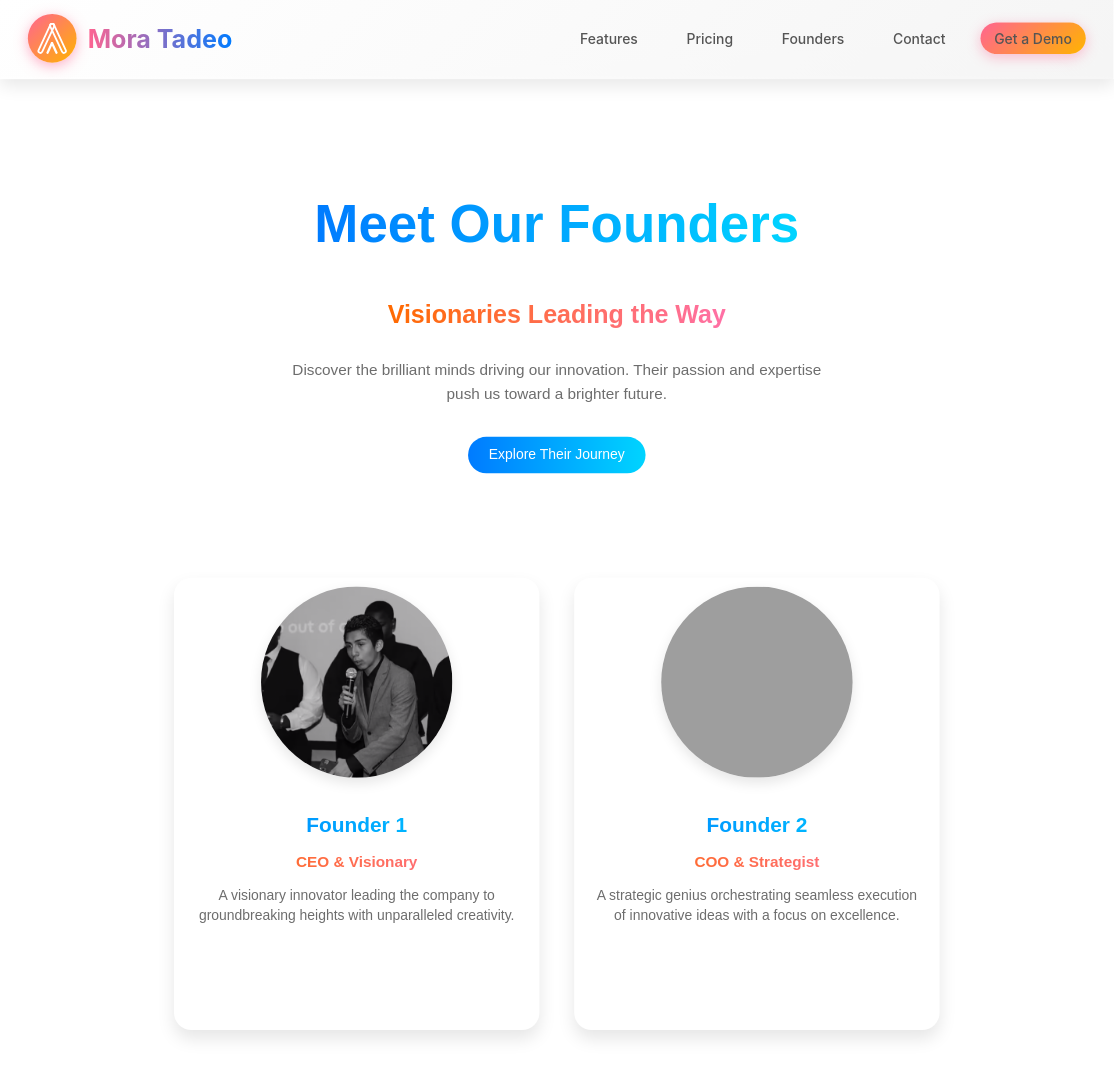
Repository: AbrahamM007/moratadeo
Page: /founders
These files come from the project's save history. The page is drawn as it stood at one moment and after a run of saves; the edit follows.
The browser window is 1280 px wide. The pictures show the whole page, at 87% of full size.
Pictures or frames that could not be fetched are drawn as grey boxes. The project was rebuilt for these pictures with package versions that can differ from the ones it lists, and the page was loaded fresh each time. Also part of the build but not shown: src/HeroSection.css, src/HeroSection.js, src/InfoSection.css, src/InfoSection.js, src/RoadmapSection.css, src/RoadmapSection.js, src/DesignPhaseSection.js, src/HeroBanner.js and 7 more.

Above is the page before, as saved 2025-01-12 22:45:34.

### public/index.html
<!DOCTYPE html>
<html lang="en">
  <head>
    <meta charset="utf-8" />
    <link rel="icon" href="mora.png" />
    <meta name="viewport" content="width=device-width, initial-scale=1" />
    <meta name="theme-color" content="#000000" />

    <link rel="apple-touch-icon" href="mora.png" />
    <link rel="manifest" href="%PUBLIC_URL%/manifest.json" />

    <!-- SEO Meta Tags -->
    <meta name="title" content="Mora Tadeo | Development Firm" />
    <meta name="description" content="Mora Tadeo is a leading development firm offering cutting-edge solutions in web development, app design, and technology innovation to elevate your business." />
    <meta name="keywords" content="development firm, web development, app design, Mora Tadeo, software solutions, technology innovation" />
    <meta name="author" content="Mora Tadeo" />
    <meta name="robots" content="index, follow" />
    <meta name="googlebot" content="index, follow" />

    <!-- Open Graph Meta Tags (for social sharing) -->
    <meta property="og:type" content="website" />
    <meta property="og:url" content="https://moratadeo.com" />
    <meta property="og:title" content="Mora Tadeo | Development Firm" />
    <meta property="og:description" content="Discover innovative web and app development solutions with Mora Tadeo. Your trusted partner in driving technology forward." />
    <meta property="og:image" content="https://moratadeo.com/preview-image.png" />
    <meta property="og:site_name" content="Mora Tadeo" />

    <!-- Twitter Card Meta Tags -->
    <meta name="twitter:card" content="summary_large_image" />
    <meta name="twitter:url" content="https://moratadeo.com" />
    <meta name="twitter:title" content="Mora Tadeo | Development Firm" />
    <meta name="twitter:description" content="Mora Tadeo offers state-of-the-art development services to bring your business ideas to life. Partner with us for tailored solutions." />
    <meta name="twitter:image" content="https://moratadeo.com/preview-image.png" />

    <!-- Additional Metadata -->
    <meta name="msapplication-TileColor" content="#ffffff" />
    <meta name="msapplication-config" content="%PUBLIC_URL%/browserconfig.xml" />

    <!-- Title -->
    <title>Mora Tadeo | Development Firm</title>
  </head>
  <body>
    <noscript>You need to enable JavaScript to run this app.</noscript>
    <div id="root"></div>
  </body>
</html>

### src/App.js
import React from "react";
import { BrowserRouter as Router, Routes, Route } from "react-router-dom";
import Navbar from "./Navbar";
import HeroSection from "./HeroSection";
import InfoSection from "./InfoSection";
import RoadmapSection from "./RoadmapSection";
import DesignPhaseSection from "./DesignPhaseSection";
import HeroBanner from "./HeroBanner";
import Footer from "./Footer";
import PricingPage from "./PricingPage";
import ScrollToTop from "./ScrollToTop"; // Import the ScrollToTop component

// Import both FeaturesPage and FeaturePage from the merged file
import { FeaturesPage, FeaturePage } from "./FeaturesPage";

// Import FoundersPage
import FoundersPage from "./FoundersPage";

function App() {
  return (
    <Router>
      <ScrollToTop /> {/* Ensures scroll resets to top on route change */}
      <div className="App">
        <Navbar />
        <Routes>
          {/* Home Page */}
          <Route
            path="/"
            element={
              <>
                <HeroSection />
                <InfoSection />
                <RoadmapSection />
                {/* <HeroBanner /> */}
                <DesignPhaseSection />
                <Footer />
              </>
            }
          />
          {/* Features List */}
          <Route path="/features" element={<FeaturesPage />} />
          {/* Dynamic Feature Detail Page */}
          <Route path="/features/:featureId" element={<FeaturePage />} />
          {/* Pricing Page */}
          <Route path="/pricing" element={<PricingPage />} />
          {/* Founders Page */}
          <Route path="/founders" element={<FoundersPage />} />
        </Routes>
      </div>
    </Router>
  );
}

export default App;

### src/Navbar.js
import React, { useState, useEffect } from "react";
import { Link } from "react-router-dom";
import "./Navbar.css";
import logo from './mora.svg';


const Navbar = () => {
  const [scrolled, setScrolled] = useState(false);
  const [menuOpen, setMenuOpen] = useState(false);

  useEffect(() => {
    const handleScroll = () => {
      setScrolled(window.scrollY > 50);
    };

    window.addEventListener("scroll", handleScroll);
    return () => {
      window.removeEventListener("scroll", handleScroll);
    };
  }, []);

  const toggleMenu = () => {
    setMenuOpen(!menuOpen);
  };

  return (
    <header className={`navbar ${scrolled ? "scrolled" : ""}`}>
      <Link to="/" className="navbar-logo-link">
        <div className="navbar-logo-container">
          <div className="navbar-logo-icon">
          <img src={logo} alt="Logo" className="navbar-logo-image" />

          </div>
          <span className="navbar-logo-text">Mora Tadeo</span>
        </div>
      </Link>
      <button className="navbar-toggle" onClick={toggleMenu}>
        <span className={`hamburger ${menuOpen ? "open" : ""}`}></span>
      </button>
      <nav className={`navbar-menu ${menuOpen ? "open" : ""}`}>
        <Link to="/features" onClick={toggleMenu}>
          Features
        </Link>
        <Link to="/pricing" onClick={toggleMenu}>
          Pricing
        </Link>
        <Link to="/founders" onClick={toggleMenu}>
          Founders
        </Link>
        <a href="https://calendly.com/mora78606/30min?month=2025-01" onClick={toggleMenu}>
          Contact
        </a>
        <a href="https://calendly.com/mora78606/30min?month=2025-01" className="navbar-highlight" onClick={toggleMenu}>
          Get a Demo
        </a>
      </nav>
    </header>
  );
};

export default Navbar;

### src/ScrollToTop.js
import { useEffect } from "react";
import { useLocation } from "react-router-dom";

const ScrollToTop = () => {
  const { pathname } = useLocation();

  useEffect(() => {
    window.scrollTo(0, 0); // Scroll to the top-left of the page
  }, [pathname]);

  return null; // This component does not render anything
};

export default ScrollToTop;

### src/FoundersPage.js
import React from "react";
import "./FoundersPage.css";

// Import images
import founder1Image from "./abraham.png";
import founder2Image from "./IMG_1554.JPG";

// Data for founders
const founders = [
  {
    name: "Founder 1",
    title: "CEO & Visionary",
    bio: "A visionary innovator leading the company to groundbreaking heights with unparalleled creativity.",
    image: founder1Image,
  },
  {
    name: "Founder 2",
    title: "COO & Strategist",
    bio: "A strategic genius orchestrating seamless execution of innovative ideas with a focus on excellence.",
    image: founder2Image,
  },
];

const FoundersPage = () => {
  return (
    <div className="founders-page">
      {/* Hero Section */}
      <section className="founders-hero">
        <h1 className="founders-hero-title">Meet Our Founders</h1>
        <h2 className="founders-hero-subtitle">Visionaries Leading the Way</h2>
        <p className="hero-paragraph">
          Discover the brilliant minds driving our innovation. Their passion and
          expertise push us toward a brighter future.
        </p>
        <button className="hero-button">Explore Their Journey</button>
      </section>

      {/* Founders Section */}
      <div className="founders-container">
        {founders.map((founder, index) => (
          <div className="founder-card" key={index}>
            <div className="founder-image-container">
              <img
                src={founder.image}
                alt={`${founder.name}`}
                className="founder-image"
              />
            </div>
            <h2 className="founder-name">{founder.name}</h2>
            <h3 className="founder-title">{founder.title}</h3>
            <p className="founder-bio">{founder.bio}</p>
          </div>
        ))}
      </div>
    </div>
  );
};

export default FoundersPage;

### src/Navbar.css
/* Navbar Container */
.navbar {
    display: flex;
    justify-content: space-between;
    align-items: center;
    padding: 1rem 2rem;
    background: linear-gradient(135deg, #ffffff, #f5f5f5);
    box-shadow: 0 8px 20px rgba(0, 0, 0, 0.1);
    position: sticky;
    top: 0;
    z-index: 1000; /* Ensures navbar stays on top */
    transition: all 0.3s ease;
    border-bottom: 3px solid transparent;
  }

  /* Navbar on Scroll */
  .navbar.scrolled {
    background: #ffffff; /* Plain white background on scroll */
    box-shadow: 0 8px 25px rgba(0, 0, 0, 0.2);
    border-bottom: 3px solid #ddd; /* Subtle border for scroll effect */
    transform: scale(1.01);
  }

  /* Logo Link */
  .navbar-logo-link {
    display: flex;
    align-items: center;
    text-decoration: none; /* Removes underline */
    cursor: pointer;
  }

  /* Logo Container */
  .navbar-logo-container {
    display: flex;
    align-items: center;
    gap: 0.8rem;
  }

  /* Logo Icon */
  .navbar-logo-icon {
    display: flex;
    align-items: center;
    justify-content: center;
    background: linear-gradient(135deg, #ff6491, #ffb400);
    color: #fff;
    font-size: 2rem;
    font-weight: bold;
    height: 3.5rem;
    width: 3.5rem;
    border-radius: 50%;
    box-shadow: 0 4px 15px rgba(255, 100, 145, 0.5);
    transition: transform 0.3s ease;
  }

  .navbar-logo-icon:hover {
    transform: rotate(360deg) scale(1.1);
  }

  /* Logo Text */
  .navbar-logo-text {
    font-size: 1.8rem;
    font-weight: 700;
    color: #333;
    background: linear-gradient(90deg, #ff6491, #007bff);
    -webkit-background-clip: text;
    -webkit-text-fill-color: transparent;
  }

  /* Logo Hover Effect */
  .navbar-logo-link:hover .navbar-logo-container {
    transform: scale(1.05);
    transition: transform 0.3s ease;
  }

  /* Navbar Menu */
  .navbar-menu {
    display: flex;
    gap: 1.5rem;
    transition: transform 0.3s ease, opacity 0.3s ease;
  }

  /* Menu Links */
  .navbar-menu a {
    font-size: 1rem;
    font-weight: 500;
    text-decoration: none; /* Removes underline */
    color: #555;
    padding: 0.5rem 1rem;
    position: relative;
    transition: all 0.3s ease;
  }

  .navbar-menu a:hover {
    color: #ff6491;
  }

  .navbar-menu a::after {
    content: "";
    position: absolute;
    bottom: -5px;
    left: 0;
    width: 0;
    height: 3px;
    background: linear-gradient(90deg, #ff6491, #ffb400);
    transition: width 0.3s ease;
  }

  .navbar-menu a:hover::after {
    width: 100%;
  }

  /* Highlight Link */
  .navbar-highlight {
    font-weight: bold;
    padding: 0.8rem 1.5rem;
    color: #fff;
    background: linear-gradient(135deg, #ff6491, #ffb400);
    border-radius: 50px;
    box-shadow: 0 4px 15px rgba(255, 100, 145, 0.4);
    transition: transform 0.3s ease, background 0.3s ease;
  }

  .navbar-highlight:hover {
    transform: scale(1.1);
    background: linear-gradient(135deg, #ffb400, #ff6491);
  }

  /* Hamburger Menu */
  .navbar-toggle {
    display: none;
    background: none;
    border: none;
    cursor: pointer;
    padding: 0.5rem;
    z-index: 11;
  }

  .hamburger {
    width: 1.5rem;
    height: 2px;
    background: #333;
    position: relative;
    transition: all 0.3s ease;
  }

  .hamburger::before,
  .hamburger::after {
    content: "";
    width: 1.5rem;
    height: 2px;
    background: #333;
    position: absolute;
    left: 0;
    transition: all 0.3s ease;
  }

  .hamburger::before {
    top: -6px;
  }

  .hamburger::after {
    top: 6px;
  }

  .hamburger.open {
    background: transparent;
  }

  .hamburger.open::before {
    transform: rotate(45deg);
    top: 0;
  }

  .hamburger.open::after {
    transform: rotate(-45deg);
    top: 0;
  }
  .navbar-logo-image {
    height: 2.3rem; /* Adjust size to match your design */
    width: 2.3rem;
    /* border-radius: 50%; Optional: Make it circular */
    object-fit: cover; /* Ensures the image scales correctly */

    transition: transform 0.3s ease;
  }

  .navbar-logo-image:hover {
    transform: scale(1.1); /* Slight zoom on hover */
  }


  /* Responsive Menu */
  @media (max-width: 768px) {
    .navbar-menu {
      flex-direction: column;
      position: absolute;
      top: 100%;
      right: 0;
      background: linear-gradient(135deg, #ffffff, #f5f5f5);
      border-radius: 10px;
      box-shadow: 0 8px 20px rgba(0, 0, 0, 0.1);
      transform: translateY(-200%);
      opacity: 0;
      visibility: hidden;
      transition: transform 0.3s ease, opacity 0.3s ease, visibility 0.3s ease;
    }

    .navbar-menu.open {
      transform: translateY(0%);
      opacity: 1;
      visibility: visible;
    }

    .navbar-menu a {
      padding: 1rem;
      text-align: center;
    }

    .navbar-toggle {
      display: block;
    }
  }

### src/DesignPhaseSection.css


:root {
  --blue-color: #007bff;
  --orange-color: #ffb400;
  --gradient: linear-gradient(90deg, var(--blue-color), var(--orange-color));
  --bg-white: #ffffff;
  --line-color: rgba(0,0,0,0.1);
  --card-shadow: rgba(0, 0, 0, 0.1);
 }






 .single-phase-container {
  position: relative;
  width: 100%;
  height: 100vh;
  overflow: hidden;
 }


 /* Navigation Dots */
 .phase-navigation {
  position: absolute;
  bottom: 20px;
  left: 50%;
  transform: translateX(-50%);
  display: flex;
  gap: 15px;
  z-index: 3;
 }


 .nav-dot {
  width: 20px;
  height: 20px;
  border-radius: 50%;
  background: #fff;
  border: 3px solid var(--gradient);
  cursor: pointer;
  transition: transform 0.3s ease, background 0.3s ease;
 }


 .nav-dot.active {
  transform: scale(1.4);
  background: var(--gradient);
 }


 .nav-dot:hover {
  transform: scale(1.2);
 }


 /* Phase Section and Overlay */
 .phase-section {
  position: relative;
  width: 100vw;
  height: 100vh;

  display: flex;
  align-items: center;
  justify-content: center;
  overflow: hidden;
  transition: background 1s ease-in-out;
 }


 .phase-overlay {
  position: absolute;
  width: 120%;
  height: 120%;
  top: -10%;
  left: -10%;
  background: radial-gradient(circle, rgba(255,255,255,0.2), transparent);
  opacity: 0.5;
  pointer-events: none;
  animation: floatOverlay 20s ease-in-out infinite;
  z-index: 1;
 }


 @keyframes floatOverlay {
  0%, 100% { transform: translate(0, 0) rotate(0deg); }
  50% { transform: translate(20px, 20px) rotate(45deg); }
 }


 /* Phase Content with Shimmering Border */
 .phase-content {
  position: relative;
  z-index: 2;
  max-width: 600px;
  padding: 2rem;
  background: rgba(255,255,255,0.8);
  color: #333;
  border-radius: 15px;
  box-shadow: 0 10px 20px var(--card-shadow);
  text-align: center;
  opacity: 0;
  transform: translateY(20px);
  animation: contentFadeIn 1.5s forwards;
 }


 .phase-content::before {
  content: '';
  position: absolute;
  inset: 0;
  border-radius: inherit;
  background: var(--gradient);
  z-index: -1;
  filter: blur(15px);
  opacity: 0.6;
  transform: scale(1.1);
  animation: pulseBorder 3s ease-in-out infinite;
 }


 @keyframes pulseBorder {
  0%, 100% { filter: blur(15px); }
  50% { filter: blur(25px); }
 }


 @keyframes contentFadeIn {
  to { opacity: 1; transform: translateY(0); }
 }


 /* Icon and Text Styling */
 .icon {
  font-size: 4rem;
  margin-bottom: 1rem;
  background: var(--gradient);
  -webkit-background-clip: text;
  -webkit-text-fill-color: transparent;
  animation: spinIcon 10s linear infinite;
 }


 @keyframes spinIcon {
  from { transform: rotate(0deg); }
  to { transform: rotate(360deg); }
 }


 .phase-content h3 {
  font-size: 2rem;
  margin-bottom: 1rem;
  color: var(--blue-color);
 }


 .phase-content p {
  font-size: 1.2rem;
  line-height: 1.6;
  color: #333;
 }


 /* Unique abstract backgrounds and animations for each phase */
 .phase-0 {
  background: radial-gradient(circle at center, rgba(0,123,255,0.1), var(--bg-white)),
              radial-gradient(circle at bottom right, rgba(255,180,0,0.1), transparent);
  animation: bgAnim0 15s ease-in-out infinite;
 }
 .phase-1 {
  background: radial-gradient(circle at top left, rgba(0,123,255,0.1), transparent),
              radial-gradient(circle at bottom right, rgba(255,180,0,0.1), var(--bg-white));
  animation: bgAnim1 20s ease-in-out infinite;
 }
 .phase-2 {
  background: radial-gradient(circle at top right, rgba(0,123,255,0.1), transparent),
              radial-gradient(circle at bottom left, rgba(255,180,0,0.1), var(--bg-white));
  animation: bgAnim2 25s ease-in-out infinite;
 }
 .phase-3 {
  background: radial-gradient(circle at center, rgba(0,123,255,0.1), transparent),
              radial-gradient(circle at center, rgba(255,180,0,0.1), var(--bg-white));
  animation: bgAnim3 30s ease-in-out infinite;
 }


 @keyframes bgAnim0 {
  0%, 100% { background-position: 0% 0%, 100% 100%; }
  50% { background-position: 100% 0%, 0% 100%; }
 }
 @keyframes bgAnim1 {
  0%, 100% { background-position: 0% 100%, 100% 0%; }
  50% { background-position: 100% 100%, 0% 0%; }
 }
 @keyframes bgAnim2 {
  0%, 100% { background-position: 50% 50%, 50% 50%; }
  50% { background-position: 75% 25%, 25% 75%; }
 }
 @keyframes bgAnim3 {
  0%, 100% { background-position: 0% 0%, 100% 100%; }
  50% { background-position: 100% 0%, 0% 100%; }
 }


 /* Responsive adjustments */
 @media (max-width: 768px) {
  .phase-content { padding: 1.5rem; }
  .icon { font-size: 3.5rem; }
  .phase-content h3 { font-size: 1.8rem; }
  .phase-content p { font-size: 1rem; }
 }

### src/FoundersPage.css
/* General Page Styling */
.founders-page {
    font-family: "Arial", sans-serif;
    background: #ffffff;
    margin: 0;
    padding: 0;
    overflow-x: hidden;
  }

  /* Hero Section */
  .founders-hero {
    display: flex;
    flex-direction: column;
    align-items: center;
    justify-content: center;
    text-align: center;
    padding: 80px 20px;
    gap: 15px;
    position: relative;
  }

  .founders-hero-title {
    font-size: 3.8rem;
    font-weight: bold;
    line-height: 1.2;
    margin-bottom: 10px;
    background: linear-gradient(90deg, #007bff, #00d4ff);
    -webkit-background-clip: text;
    -webkit-text-fill-color: transparent;
  }

  .founders-hero-subtitle {
    font-size: 1.8rem;
    font-weight: bold;
    line-height: 1.3;
    margin-bottom: 15px;
    background: linear-gradient(90deg, #ff6a00, #ff70a6);
    -webkit-background-clip: text;
    -webkit-text-fill-color: transparent;
  }

  .hero-paragraph {
    font-size: 1.1rem;
    max-width: 650px;
    margin: 0 auto;
    color: #6d6d6d;
    line-height: 1.6;
  }

  .hero-button {
    font-size: 1rem;
    padding: 12px 24px;
    margin-top: 20px;
    background: linear-gradient(90deg, #007bff, #00d4ff);
    border: none;
    border-radius: 50px;
    color: #ffffff;
    cursor: pointer;
    transition: transform 0.2s, box-shadow 0.2s;
  }

  .hero-button:hover {
    transform: scale(1.05);
    box-shadow: 0px 10px 20px rgba(0, 0, 0, 0.15);
  }

  /* Founders Section */
  .founders-container {
    display: flex;
    flex-wrap: wrap;
    justify-content: center;
    gap: 40px;
    padding: 40px 20px;
  }

  .founder-card {
    background: #ffffff;
    border-radius: 20px;
    box-shadow: 0px 10px 20px rgba(0, 0, 0, 0.1);
    overflow: hidden;
    transition: transform 0.3s ease, box-shadow 0.3s ease;
    text-align: center;
    width: 400px;
    height: 500px;
    padding: 10px;
  }

  .founder-card:hover {
    transform: translateY(-8px);
    box-shadow: 0px 20px 40px rgba(0, 0, 0, 0.15);
  }

  /* Founder Image Styling */
  .founder-image-container {
    position: relative;
    width: 220px;
    height: 220px;
    overflow: hidden;
    border-radius: 50%;
    box-shadow: 0 6px 15px rgba(0, 0, 0, 0.1);
    margin: 0 auto 40px;
    /* border: 3px solid #00d4ff; Stylish border */
  }

  .founder-image {
    width: 100%;
    height: 100%;
    object-fit: cover; /* Ensure the image fits well inside the circular container */
  }

  /* Text Styling */
  .founder-name {
    font-size: 1.5rem;
    font-weight: bold;
    margin-top: 10px;
    margin-bottom: 5px;
    background: linear-gradient(90deg, #007bff, #00d4ff);
    -webkit-background-clip: text;
    -webkit-text-fill-color: transparent;
  }

  .founder-title {
    font-size: 1.1rem;
    font-weight: bold;
    margin-bottom: 8px;
    background: linear-gradient(90deg, #ff6a00, #ff70a6);
    -webkit-background-clip: text;
    -webkit-text-fill-color: transparent;
  }

  .founder-bio {
    font-size: 1rem;
    line-height: 1.5;
    color: #6d6d6d;
    margin-bottom: 15px;
    padding: 0 10px;
  }

  /* Responsive Design */
  @media (max-width: 768px) {
    .founders-hero-title {
      font-size: 3rem;
    }

    .founders-hero-subtitle {
      font-size: 1.4rem;
    }

    .founder-card {
      width: 90%;
    }
  }

Loaded but not shown: src/index.js (common file); src/index.css (common file); src/reportWebVitals.js (common file)

After the next 4 saves:
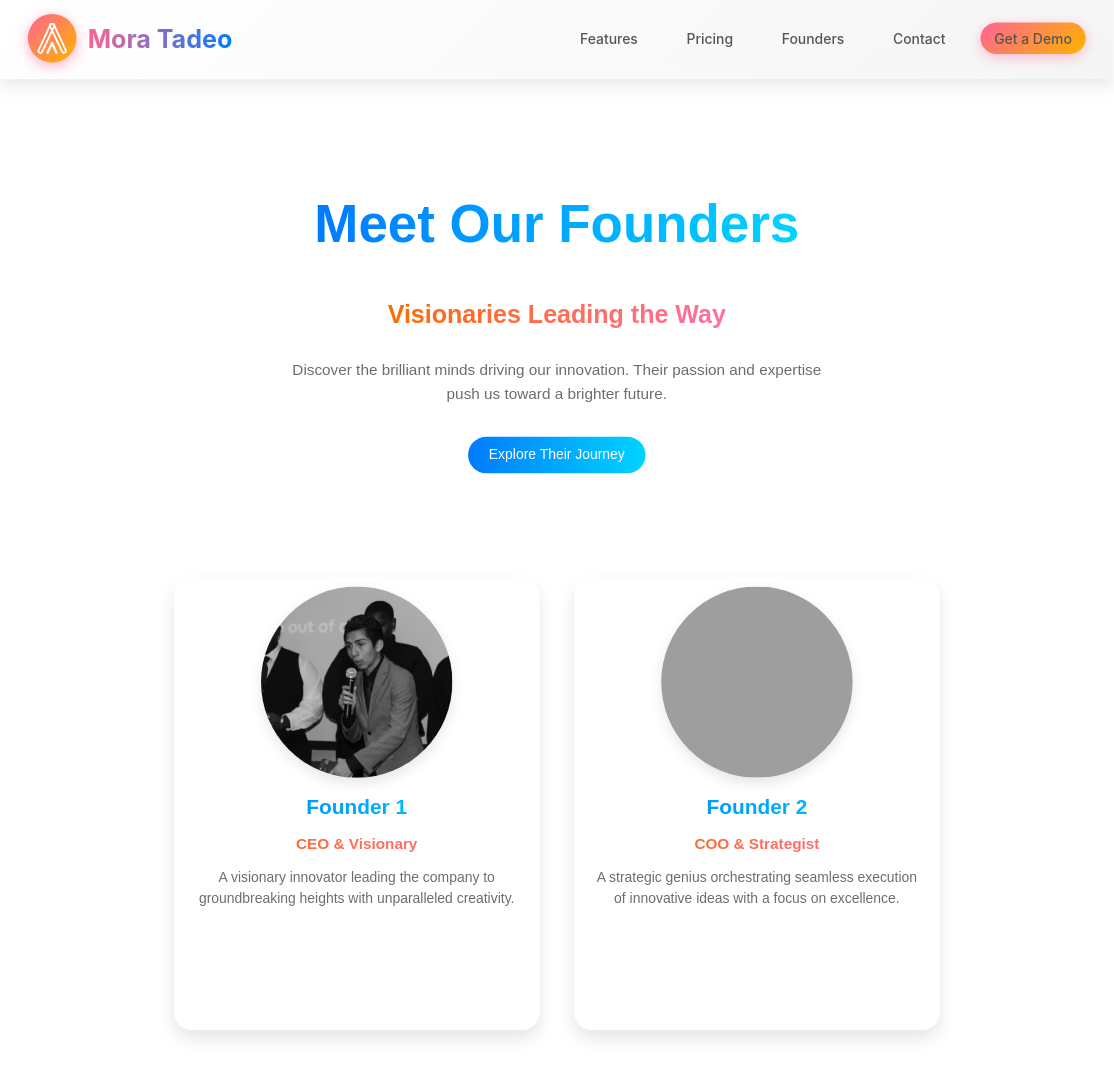
The 4 saves are shown as one change because they came seconds apart.
The last was saved 12 s later.
--- a/src/FoundersPage.css
+++ b/src/FoundersPage.css
@@ -98,7 +98,7 @@
     overflow: hidden;
     border-radius: 50%;
     box-shadow: 0 6px 15px rgba(0, 0, 0, 0.1);
-    margin: 0 auto 40px;
+    margin: 0 auto 20px;
     /* border: 3px solid #00d4ff; Stylish border */
   }
 
